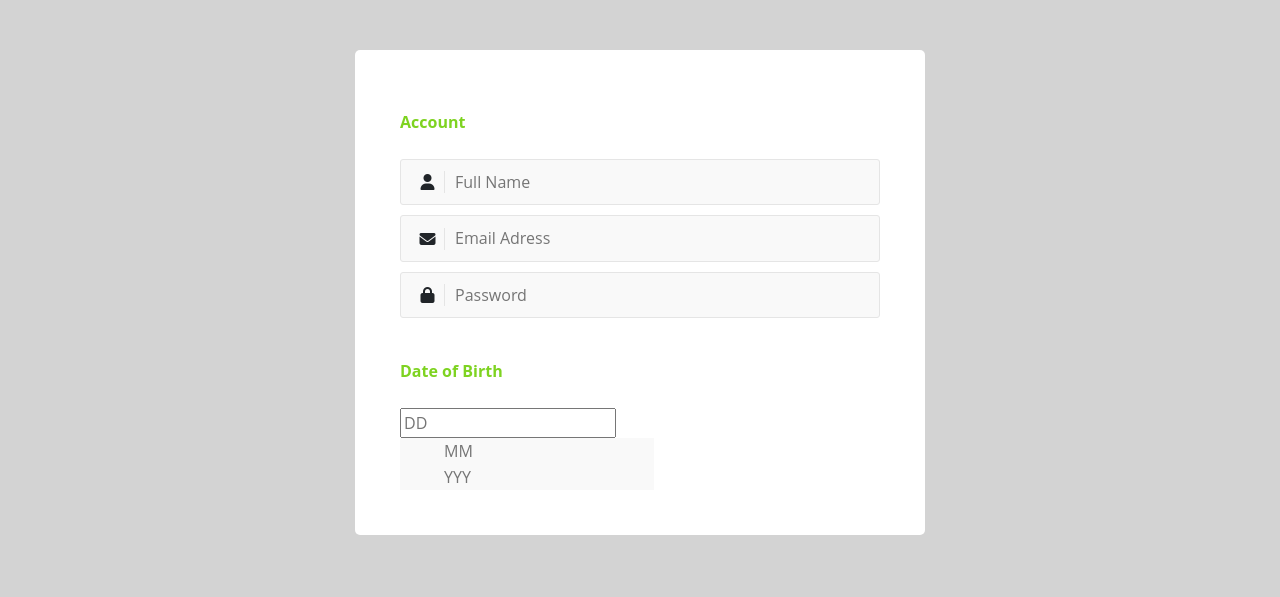
Repository: letrongtinh27/LapTrinhWeb
Page: Payment/index.html
These files come from the project's save history. The page is drawn as it stood at one moment and after the next save; the edit follows.
The browser window is 1280 px wide. The pictures show the whole page.

Above is the page before, as saved 2022-10-11 21:25:24.

After the next save:
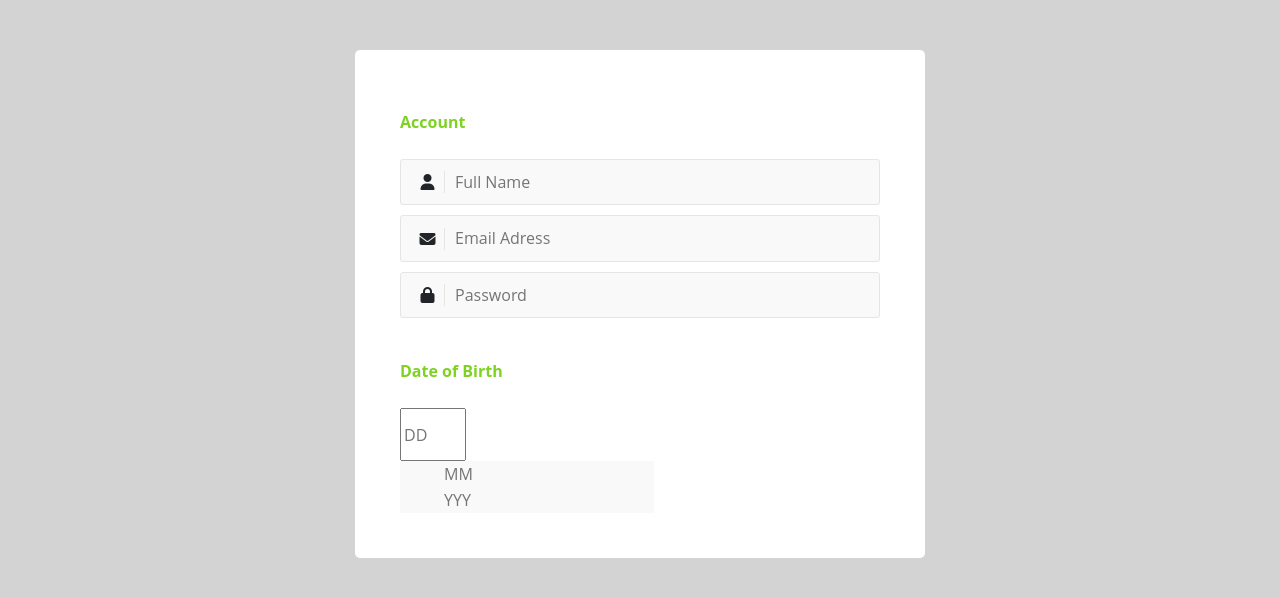
Saved 65 s later.
--- a/Payment/style.css
+++ b/Payment/style.css
@@ -89,6 +89,11 @@ body {
     width: 33%;
 }
 
+.item-input > input {
+    width: 66px;
+    height: 53px;
+}
+
 .card{
 
 }
